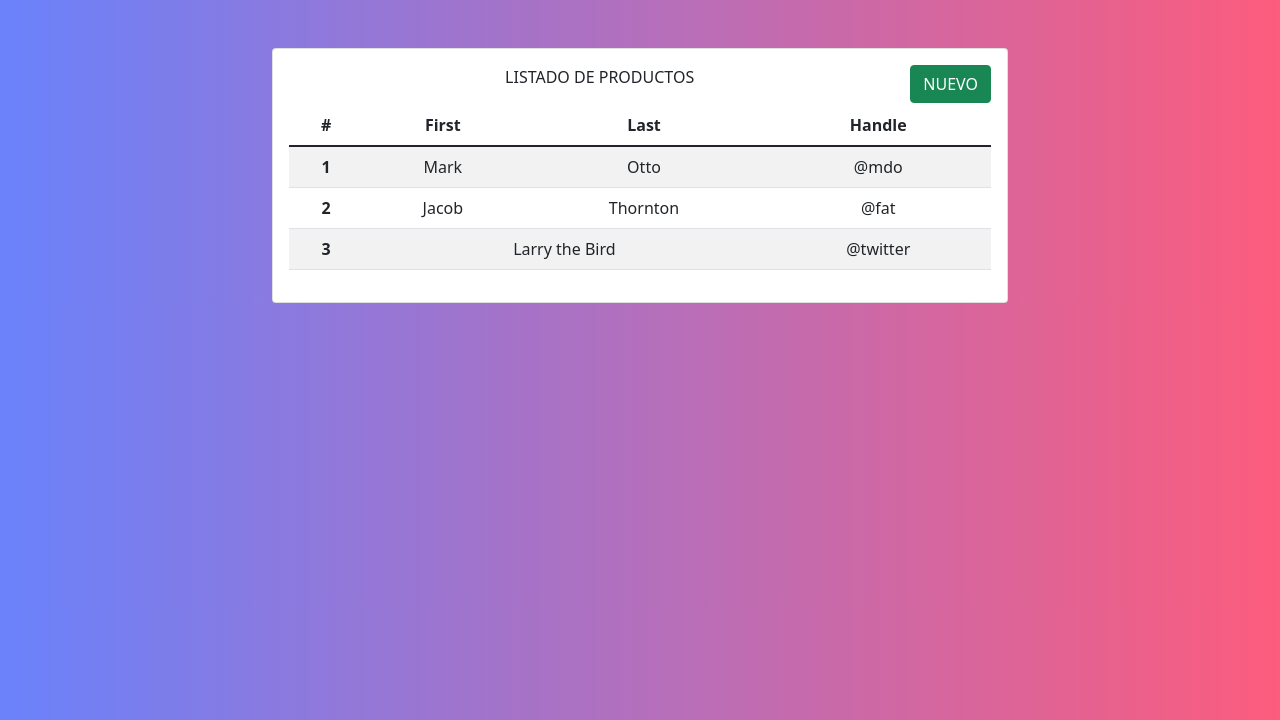
Repository: vivianaleivagalvez/crud_angular
Page: /
These files come from the project's save history. The page is drawn as it stood at one moment and after the next save; the edit follows.
The browser window is 1280 px wide. The pictures show the whole page.
The project was rebuilt for these pictures with package versions that can differ from the ones it lists, and the page was loaded fresh each time. Also part of the build but not shown: angular.json, src/app/components/crear-producto/crear-producto.component.ts.

Above is the page before, as saved 2022-01-27 00:07:01.

### src/index.html
<!doctype html>
<html lang="en">
<head>
  <meta charset="utf-8">
  <title>Cliente</title>
  <base href="/">

  <meta name="viewport" content="width=device-width, initial-scale=1">
  <link rel="icon" type="image/x-icon" href="favicon.ico">
</head>
<body>
  <app-root></app-root>
</body>
</html>

### src/styles.css
/* You can add global styles to this file, and also import other style files */
body{
  background: #FC5C7D;  /* fallback for old browsers */
  background: -webkit-linear-gradient(to right, #6A82FB, #FC5C7D);  /* Chrome 10-25, Safari 5.1-6 */
  background: linear-gradient(to right, #6A82FB, #FC5C7D); /* W3C, IE 10+/ Edge, Firefox 16+, Chrome 26+, Opera 12+, Safari 7+ */
}

### src/app/app.module.ts
import { BrowserModule } from '@angular/platform-browser';
import { NgModule } from '@angular/core';

import { AppComponent } from './app.component';
import { CrearProductoComponent } from './components/crear-producto/crear-producto.component';
import { ListarProductosComponent } from './components/listar-productos/listar-productos.component';
import { AppRoutingModule } from './app-routing.module';

@NgModule({
  declarations: [
    AppComponent,
    CrearProductoComponent,
    ListarProductosComponent
  ],
  imports: [
    BrowserModule,
    AppRoutingModule
  ],
  providers: [],
  bootstrap: [AppComponent]
})
export class AppModule { }

### src/app/components/listar-productos/listar-productos.component.ts
import { Component, OnInit } from '@angular/core';

@Component({
  selector: 'app-listar-productos',
  templateUrl: './listar-productos.component.html',
  styleUrls: ['./listar-productos.component.css']
})
export class ListarProductosComponent implements OnInit {

  constructor() { }

  ngOnInit() {
  }

}

### src/app/app-routing.module.ts
import { ListarProductosComponent } from './components/listar-productos/listar-productos.component';
import { CrearProductoComponent } from './components/crear-producto/crear-producto.component';
import { NgModule } from '@angular/core';
import { RouterModule, Routes } from '@angular/router';

const routes: Routes = [
  { path: '', component: ListarProductosComponent },
  { path: 'crear-producto', component: CrearProductoComponent },
  { path: 'editar-producto/:id', component: CrearProductoComponent },
  { path: '**', redirectTo: '', pathMatch: 'full' }
];

@NgModule({
  imports: [RouterModule.forRoot(routes)],
  exports: [RouterModule]
})
export class AppRoutingModule { }

### src/app/components/listar-productos/listar-productos.component.html
<div class="container mt-5">
  <div class="row">
    <div class="col-lg-8 offset-lg-2">
      <div class="card">
        <div class="card-body text-center">
          <span>LISTADO DE PRODUCTOS</span>
          <button class="btn btn-success float-end">NUEVO</button>
          <table class="table table-striped mt-3">
            <thead>
              <tr>
                <th scope="col">#</th>
                <th scope="col">First</th>
                <th scope="col">Last</th>
                <th scope="col">Handle</th>
              </tr>
            </thead>
            <tbody>
              <tr>
                <th scope="row">1</th>
                <td>Mark</td>
                <td>Otto</td>
                <td>@mdo</td>
              </tr>
              <tr>
                <th scope="row">2</th>
                <td>Jacob</td>
                <td>Thornton</td>
                <td>@fat</td>
              </tr>
              <tr>
                <th scope="row">3</th>
                <td colspan="2">Larry the Bird</td>
                <td>@twitter</td>
              </tr>
            </tbody>
          </table>
        </div>
      </div>
    </div>
  </div>
</div>

Loaded but not shown: src/main.ts (common file); src/environments/environment.ts (common file); src/app/app.component.ts (common file); src/app/app.component.html (common file); src/app/app.component.css (no stored copy; drawn as an empty file); src/app/components/listar-productos/listar-productos.component.css (no stored copy; drawn as an empty file)

After the next save:
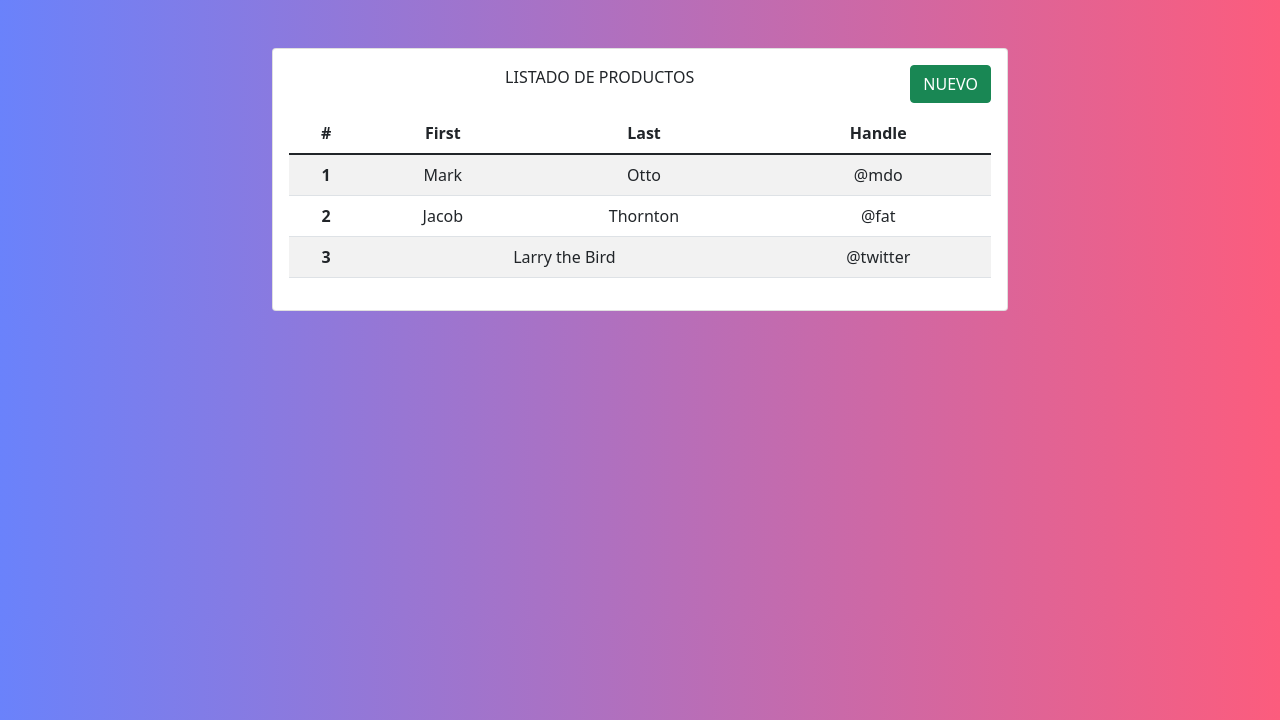
Saved 5 s later.
--- a/src/app/components/listar-productos/listar-productos.component.html
+++ b/src/app/components/listar-productos/listar-productos.component.html
@@ -5,7 +5,7 @@
         <div class="card-body text-center">
           <span>LISTADO DE PRODUCTOS</span>
           <button class="btn btn-success float-end">NUEVO</button>
-          <table class="table table-striped mt-3">
+          <table class="table table-striped mt-4">
             <thead>
               <tr>
                 <th scope="col">#</th>
